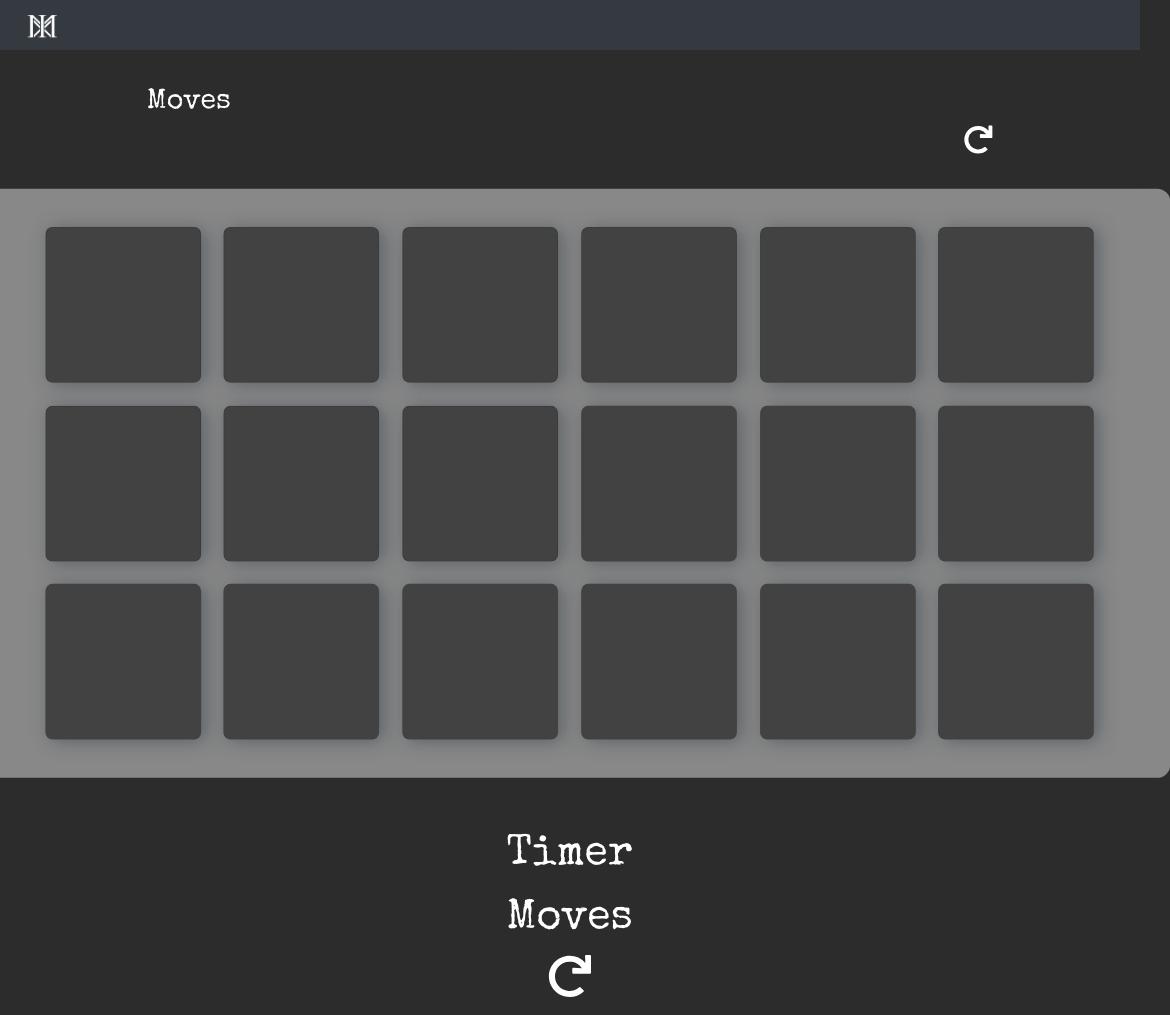
Repository: Code-Institute-Submissions/Milestone-25
Page: game.html
The author's editor kept a record of every edit. The page is drawn from the files as they stood at one moment, then again after the next edit.
The browser window is 1280 px wide. The page is 1315 px wide, so the pictures cover 1315 px, including what lies to the right of the window. The pictures show the whole page, at 89% of full size.
Some web libraries are served in a nearby version.

Above is the page before.

### game.html
<!DOCTYPE html>
<html lang="en">

<head>
  <meta charset="UTF-8">
  <meta name="viewport" content="width=device-width, initial-scale=1">
  <meta http-equiv="X-UA-Compatible" content="ie=edge">
  <link rel="stylesheet" href="https://stackpath.bootstrapcdn.com/bootstrap/4.4.1/css/bootstrap.min.css" integrity="sha384-Vkoo8x4CGsO3+Hhxv8T/Q5PaXtkKtu6ug5TOeNV6gBiFeWPGFN9MuhOf23Q9Ifjh" crossorigin="anonymous">
  <script src="https://ajax.googleapis.com/ajax/libs/jquery/3.4.1/jquery.min.js"></script>
  <script src="https://maxcdn.bootstrapcdn.com/bootstrap/4.4.1/js/bootstrap.min.js"></script>
  <script src="https://use.fontawesome.com/releases/v5.12.0/js/all.js"></script>
  <link rel="stylesheet" href="assets/css/style.css" media="screen">
  <title>Memoryphile Home</title>
</head>

<body>
  <!--Navbar with option to return to homescreen-->
  <nav class="navbar navbar-expand-md navbar-dark bg-dark sticky-top">
    <div class="container-fluid">
      <a class="navbar-brand"><img src="./assets/images/logo.png" height="25" alt="Memoryphile Logo"></a>
    </div>
  </nav>
</body>

<!--Unordered list to form the grid for matching deck-->
<div class="container padding game-container">
  <!-- section for move counter and restart -->
  <section class="requirements">
    <div class="moves">Moves</div>
    <div class="restart"><i class="fas fa-redo"></i></div>
  </section>

  <ul class="gamedeck">
    <!--Original Cards-->
    <li class="card" type="bomb">
      <i class="fas fa-bomb"></i>
    </li>
    <li class="card" type="biohazard">
      <i class="fas fa-biohazard"></i>
    </li>
    <li class="card" type="secret">
      <i class="fas fa-user-secret"></i>
    </li>
    <li class="card" type="question">
      <i class="fas fa-question-circle"></i>
    </li>
    <li class="card" type="search">
      <i class="fas fa-search"></i>
    </li>
    <li class="card" type="skull">
      <i class="fas fa-skull"></i>
    </li>
    <li class="card" type="building">
      <i class="fas fa-landmark"></i>
    </li>
    <li class="card" type="jet">
      <i class="fas fa-fighter-jet"></i>
    </li>
    <li class="card" type="binocular">
      <i class="fas fa-binoculars"></i>
    </li>

    <!--Matching Cards-->

    <li class="matchedcard" type="bomb">
      <i class="fas fa-bomb"></i>
    </li>
    <li class="matchedcard" type="biohazard">
      <i class="fas fa-biohazard"></i>
    </li>
    <li class="matchedcard" type="secret">
      <i class="fas fa-user-secret"></i>
    </li>
    <li class="matchedcard" type="question">
      <i class="fas fa-question-circle"></i>
    </li>
    <li class="matchedcard" type="search">
      <i class="fas fa-search"></i>
    </li>
    <li class="matchedcard" type="skull">
      <i class="fas fa-skull"></i>
    </li>
    <li class="matchedcard" type="building">
      <i class="fas fa-landmark"></i>
    </li>
    <li class="matchedcard" type="jet">
      <i class="fas fa-fighter-jet"></i>
    </li>
    <li class="matchedcard" type="binocular">
      <i class="fas fa-binoculars"></i>
    </li>
  </ul>


</div>
<div class="container padding game-container">
  <!-- section for timer -->
  <section class="requirements-timer">
    <div class="timer">Timer</div>
    <div class="moves">Moves</div>
    <div class="restart"><i class="fas fa-redo"></i></div>
  </section>



<script type="text/javascript" src="./assets/js/main.js"></script>
</body>

</html>

### assets/css/style.css
@import url('https://fonts.googleapis.com/css?family=Homemade+Apple|Special+Elite&display=swap');

/* ==============  MEDIA QUERIES   ==============*/

/*--------Bootstrap Breakpoints---------*/

/* xs devices (<576px) = default in Bootstrap (hence no media query)

sm devices (>576px) = @media max-width: 576px

md devices (>768px) = @media max-width: 768px

lg devices (>992px) = @media max-width: 992px

xl devices (>1200px) = @media max-width: 1200px
*/

/*--------Media Queries--------*/

/* max-width, not min-width, for mobile-first styling */

@media (max-width: 992px) {

}

@media (max-width: 768px) {


}

@media (max-width: 576px) {



}


/* ==============STYLING==============*/

/*--------HTML, BODY Styling-----*/

html,
body {
  height: 100%;
  width: 100%;
  font-family: 'Special Elite', sans-serif;
  color: #fff;
  background-color: #2c2c2d;
  box-sizing: border-box;
}

/*------------BUTTON STYLING--------*/

.btn-secondary {
    background-color: #c30e0e;
    border-color: #c30e0e;
    margin-top: 10%;
    margin-bottom: 10%;
    font-size: 350%;
    padding-top: 1.5%;

}


/*------------Instructions STYLING--------*/

.instructions {
  font-size: 150%;
  display: inline-block;
  margin-left: 6%;
  margin-right: 6%;
}


/*--------------GAME.html styling---------*/

*,
*::before,
*::after {
    box-sizing: inherit;
}


.game-container {
/* Flexbox */
  flex-direction: column;
  display: flex;
  justify-content: center;
  align-items: center;
}


/*------------REQUIRMENTS Styling--------*/

.requirements {
  text-align: left;
  margin-top: 35px;
  margin-bottom: 25px;
  width: 950px;
  font-size: 200%;

}

.requirements .timer {
  float: left;
}

.requirements .restart {
  float: right;
}

.requirements .moves {
  float: inherit;
}
.requirements-timer {
  text-align: center;
  margin-top:35px;
  font-size: 300%;
}


/*------------GAMEDECK Styling ---------*/

.gamedeck {
  min-height: 600px;
  width: 1350px;
  background: #888888;
  border-radius: 15px;
  padding: 30px;
/* Flexbox */
  display: flex;
  flex-wrap: wrap;
  justify-content: center;
  align-items: center;
}

.card,
.matchedcard {
  height: 175px;
  width: 175px;
  background: #424242;
  border-radius: 8px;
  box-shadow: 5px 2px 20px 0 rgba(46, 61, 73, 0.5);
  margin: 1%;
/* shrink font so that when a card is 'flipped', font enlarges */
  font-size: 0;
  color: #ffffff;
  display: flex;
  justify-content: center;
  align-items: center;
  /* add cursor to indicate interactivity to user */
  cursor: pointer;
}

/* for click reveal */

.card.open {
  transform: rotateY(0);
  background: #421a1a;
}

.card.show {
  font-size: 75px;
}

.deck .card.open {
    transform: rotateY(0);
    background: #02b3e4;
    cursor: default;
}

.deck .card.show {
    font-size: 33px;
}

.deck .card.match {
    cursor: default;
    background: #02ccba;
    font-size: 33px;
}

### assets/js/main.js
//on page open, timer counts from 90 secs down

//on page open, or on restart, cards are reshuffled

//on reset, cards shuffled, reset game board, reset timer

// Shuffle function from http://stackoverflow.com/a/2450976
function shuffle(array) {
    var currentIndex = array.length, temporaryValue, randomIndex;

    while (currentIndex !== 0) {
        randomIndex = Math.floor(Math.random() * currentIndex);
        currentIndex -= 1;
        temporaryValue = array[currentIndex];
        array[currentIndex] = array[randomIndex];
        array[randomIndex] = temporaryValue;
    }

    return array;
}

//if timer = 0, game over

// on click, moves increases by 1

// if moves > 40, game over

//on restart, pasue game and timer and ask for confirmation
    //if confirmation = true page refreshes and timer + cards all reset
    //if confirmation = false, game and timer resumes


// on click:
    //if no other card active, flip card and set to active
    //if other card active, compare img of both active cards
        //if img match, match counter increase by one
        //on no match, both cards return to rest state

//(no. of cards = 18)

//if match counter = 9, player wins.

//if match counter = 9, timer stops

//score? = at win, total moves and total time remaining

//set keyboard (p)ause and (esc)ape actions

//if player wins, produce success message (and rating out of three?)

//if player loses (out of time, or exceeds moves), produce loss message

//

After the next edit:
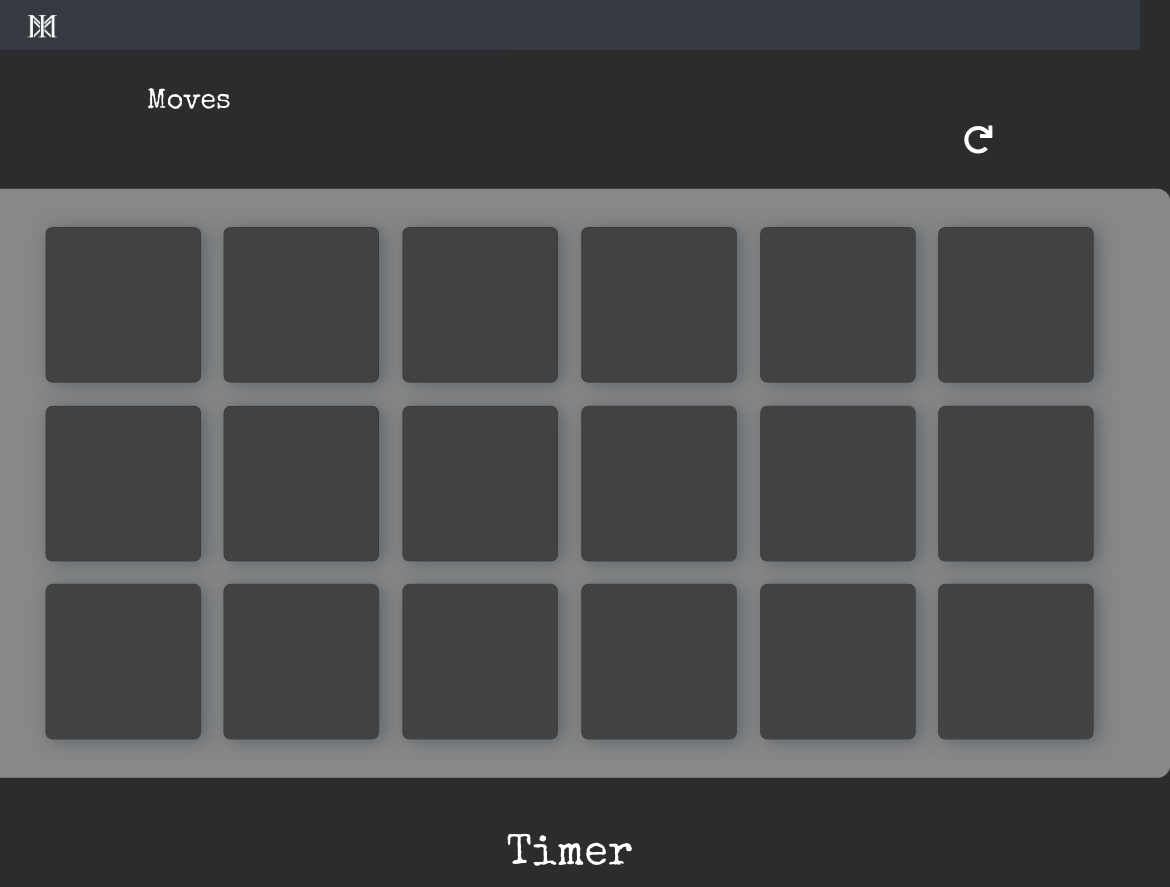
The edit:
--- a/game.html
+++ b/game.html
@@ -97,8 +97,6 @@
   <!-- section for timer -->
   <section class="requirements-timer">
     <div class="timer">Timer</div>
-    <div class="moves">Moves</div>
-    <div class="restart"><i class="fas fa-redo"></i></div>
   </section>
 
 
